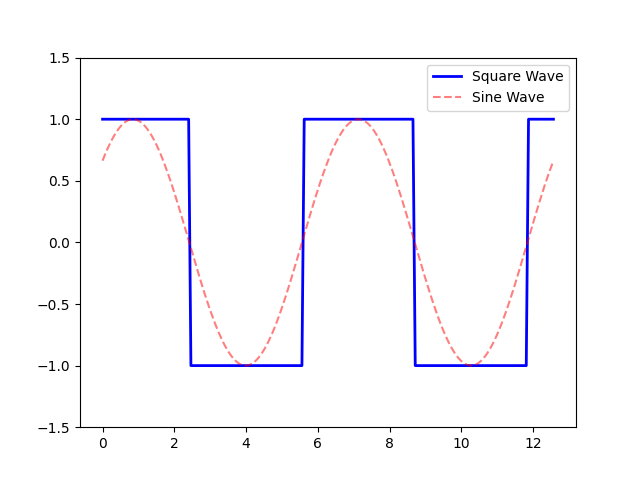
Repository: khulqu15/drone_smc_copppelia
Script's output: python py/realtime.py
An editor plug-in stored every save of this project. The script's output is shown before and after the next save, followed by the edit.
Animations are shown at an early frame. Random numbers start from a fixed seed.

Above is the script's output before, as saved 2024-06-24 00:52:37.

After the next save:
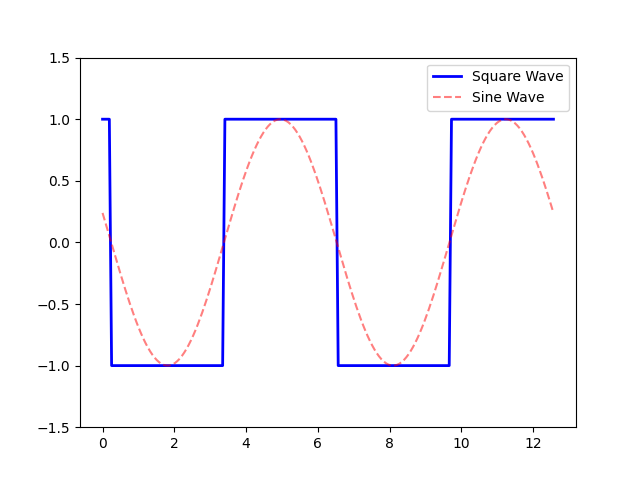
Saved 7 s later.
--- a/py/realtime.py
+++ b/py/realtime.py
@@ -19,7 +19,7 @@ ax.legend()
 frame = 0
 try:
     while True:
-        ys = np.sin(xs + frame / 40)
+        ys = np.sin(xs + frame / 10)
         square_ys = np.sign(ys)
 
         line.set_ydata(square_ys)
